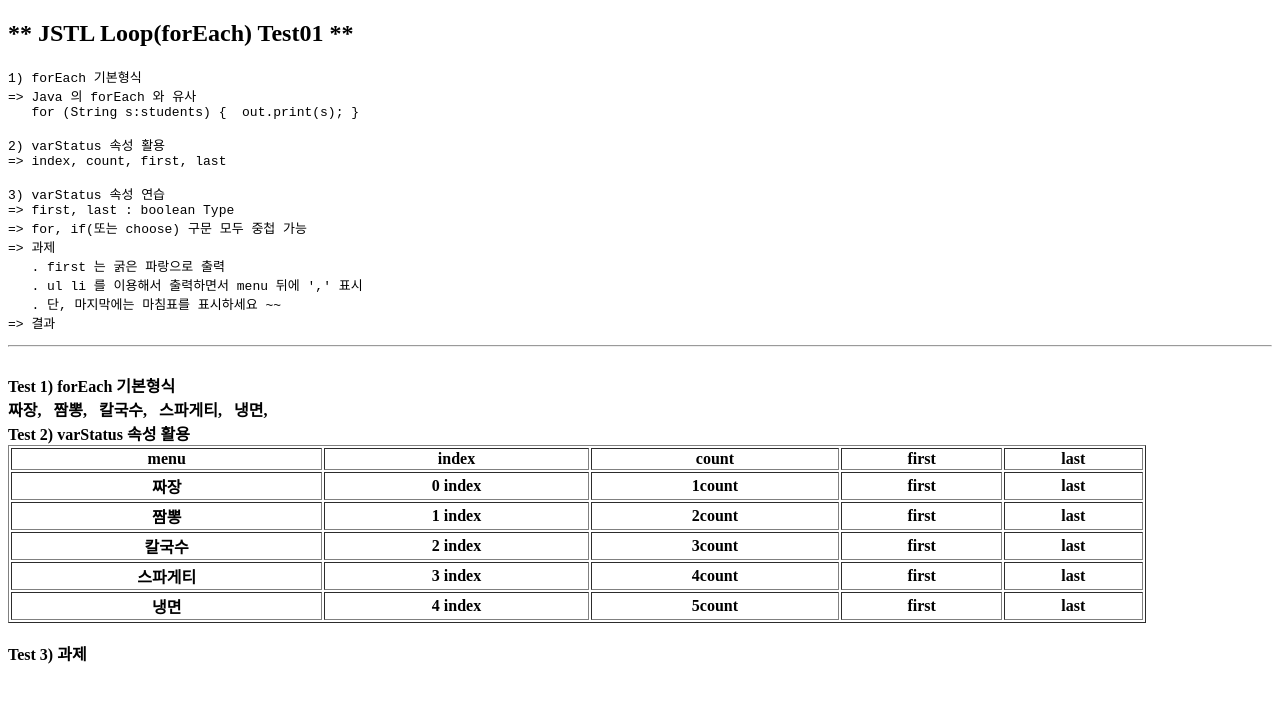
Repository: JYH94/JAVA
Page: http://localhost/web01/jsp03_jstl/ex03_for01.jsp
An editor plug-in stored every save of this project. The page is shown before and after the next save, followed by the edit.
The browser window is 1280 px wide. The pictures show the whole page.
The page is served by Tomcat 9. Other server files are loaded and not shown.

Above is the page before, as saved 2024-01-16 07:58:58.

### web01/src/main/webapp/jsp03_jstl/ex03_for01.jsp
<%@ page language="java" contentType="text/html; charset=UTF-8"
	pageEncoding="UTF-8"%>
<%@ taglib uri="http://java.sun.com/jsp/jstl/core" prefix="c"%>
<!DOCTYPE html>
<html>
<head>
<meta charset="UTF-8">
<title>** JSTL Loop(forEach) Test01 **</title>
<%
String[] menu = { "짜장", "짬뽕", "칼국수", "스파게티", "냉면" };
pageContext.setAttribute("menuList", menu);
%>
</head>
<body>

	<h2>** JSTL Loop(forEach) Test01 **</h2>
	<pre>
1) forEach 기본형식
=> Java 의 forEach 와 유사
   for (String s:students) {  out.print(s); }

2) varStatus 속성 활용
=> index, count, first, last

3) varStatus 속성 연습
=> first, last : boolean Type
=> for, if(또는 choose) 구문 모두 중첩 가능
=> 과제
   . first 는 굵은 파랑으로 출력
   . ul li 를 이용해서 출력하면서 menu 뒤에 ',' 표시
   . 단, 마지막에는 마침표를 표시하세요 ~~
=> 결과
</pre>
	<hr>
	<b> <br>
	Test 1) forEach 기본형식
	<br>
	<c:forEach var="menu" items="${pageScope.menuList}">
	<!-- pageScope의 경우 해당페이지 내에선 menuList라고 해도 가능하다.-->
	${menu}, &nbsp;
	</c:forEach> <br>

	Test 2) varStatus 속성 활용 <br>
	<table border="1" style="text-align: center; width: 90%;">
		<tr>
			<th>menu</th>
			<th>index</th>
			<th>count</th>
			<th>first</th>
			<th>last</th>
		</tr>
		<c:forEach var="menu" items="${menuList}" varStatus="vs">
		<tr>
			<td>${menu}</td>
			<td>${vs.index} index</td>
			<td>${vs.index+1}count</td>
			<td>first</td>
			<td>last</td>
		</tr>
		</c:forEach>


		</table> <br> Test 3) 과제 <br>
</body>
</html>

After the next save:
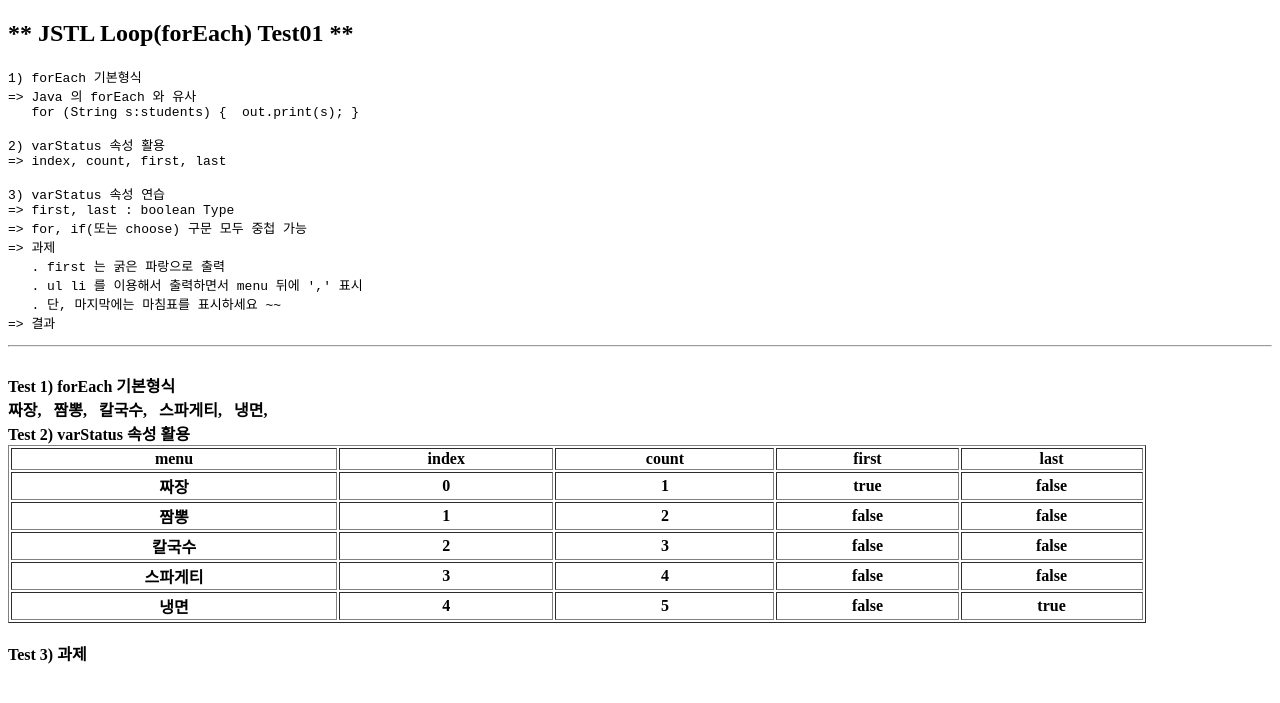
Saved 33 s later.
--- a/web01/src/main/webapp/jsp03_jstl/ex03_for01.jsp
+++ b/web01/src/main/webapp/jsp03_jstl/ex03_for01.jsp
@@ -52,10 +52,10 @@ pageContext.setAttribute("menuList", menu);
 		<c:forEach var="menu" items="${menuList}" varStatus="vs">
 		<tr>
 			<td>${menu}</td>
-			<td>${vs.index} index</td>
-			<td>${vs.index+1}count</td>
-			<td>first</td>
-			<td>last</td>
+			<td>${vs.index}</td>
+			<td>${vs.index+1}</td>
+			<td>${vs.first }</td>
+			<td>${vs.last }</td>
 		</tr>
 		</c:forEach>
 
